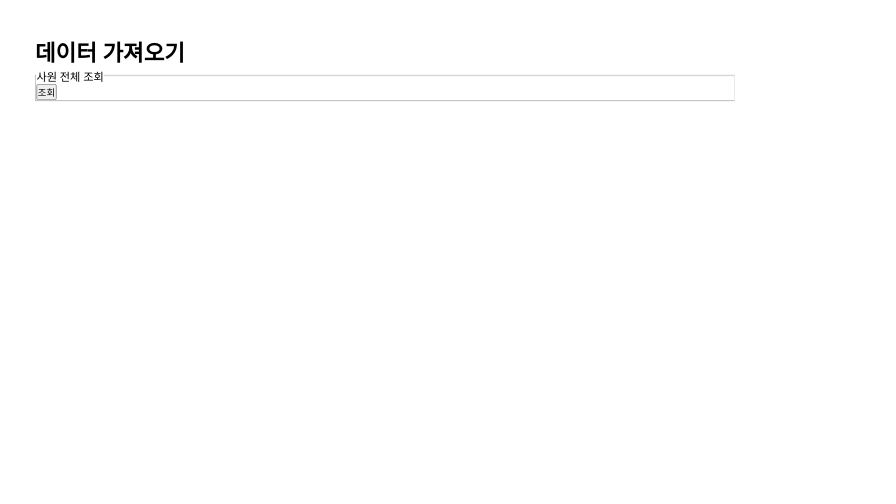
Repository: lafayetteey/WorkSpace
Page: workspace_jq_Ajax/UI_JQ_Ajax/WebContent/jq22_ajax.html
The author's editor kept a copy of each file at every save. The page is drawn from the files as they stood at one save, then again after the next save.
The browser window is 1280 px wide. The pictures show the part of the page from y = 0 to 1920 px (the page is 720 px tall before and 3217 px after), at 70% of full size.
After loading, the first visible `#emp_search` was clicked once.

Above is the page before, as saved 2020-06-22 09:19:27.
Console error: TypeError: $(...).appen is not a function

After the next save:
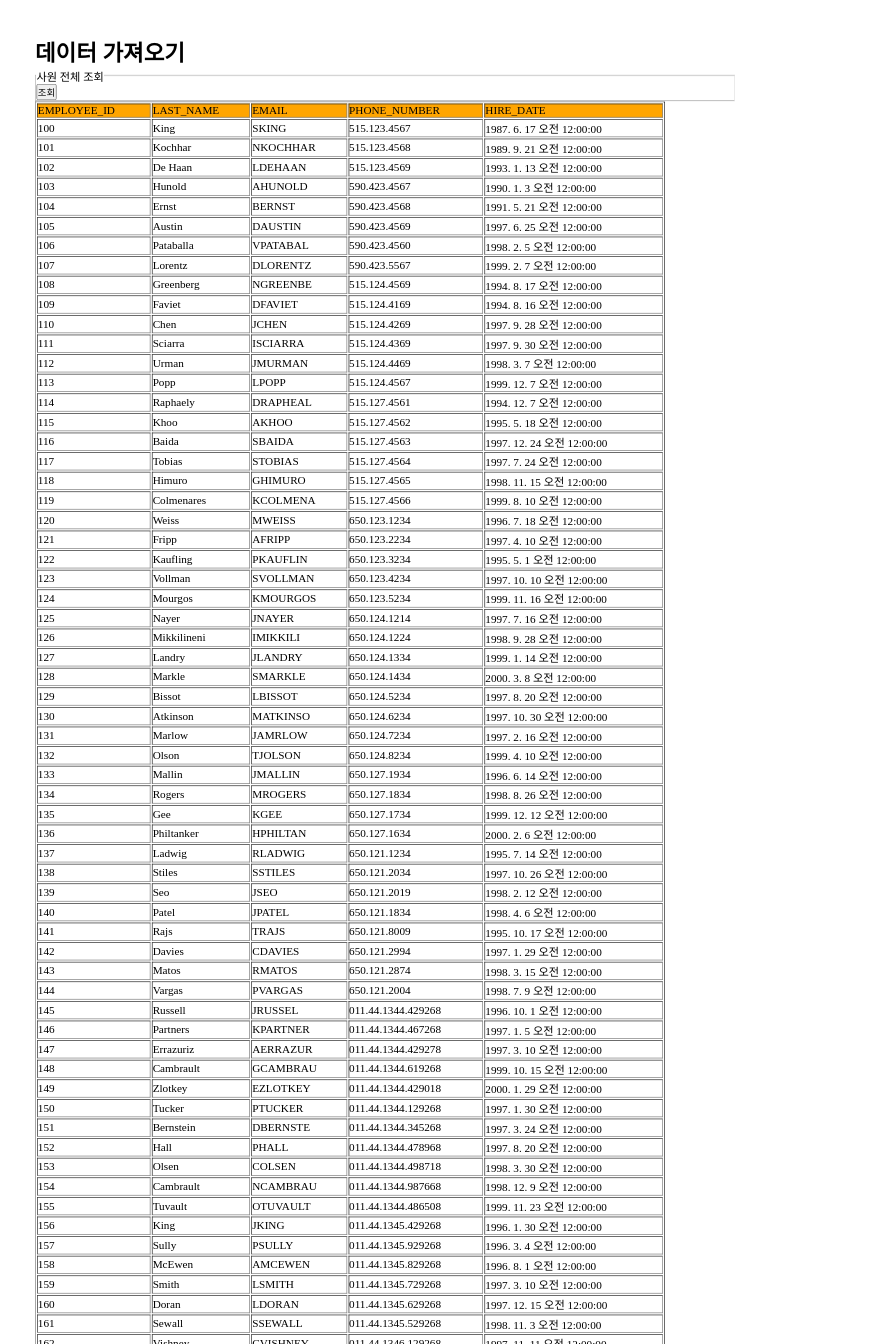
The error is gone.
Saved 38 s later.
--- a/workspace_jq_Ajax/UI_JQ_Ajax/WebContent/jq22_ajax.html
+++ b/workspace_jq_Ajax/UI_JQ_Ajax/WebContent/jq22_ajax.html
@@ -23,7 +23,7 @@
 				dataType:"xml",
 				success: function(data) {
 					var empRowList = $(data).find("ROW");
-					$("body").appen( makeTable(empRowList) );
+					$("body").append( makeTable(empRowList) );
  				} ,
 				error: function(request , error) {
 					alert(request.status+" " +error);
